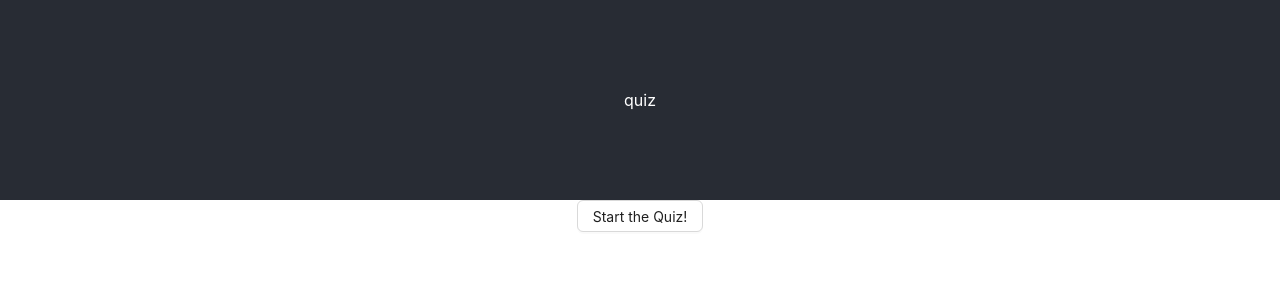
Repository: marcuscarlsson86/react-ts-quiz
Page: /
The author's editor kept a copy of each file at every save. The page is drawn from the files as they stood at one save, then again after the next save.
The browser window is 1280 px wide. The pictures show the whole page.
The project was rebuilt for these pictures with package versions that can differ from the ones it lists, and the page was loaded fresh each time.

Above is the page before, as saved 2020-12-18 09:45:12.

### public/index.html
<!DOCTYPE html>
<html lang="en">
  <head>
    <meta charset="utf-8" />
    <link rel="icon" href="%PUBLIC_URL%/favicon.ico" />
    <meta name="viewport" content="width=device-width, initial-scale=1" />
    <meta name="theme-color" content="#000000" />
    <meta
      name="description"
      content="Web site created using create-react-app"
    />
    <link rel="apple-touch-icon" href="%PUBLIC_URL%/logo192.png" />
    <!--
      manifest.json provides metadata used when your web app is installed on a
      user's mobile device or desktop. See https://developers.google.com/web/fundamentals/web-app-manifest/
    -->
    <link rel="manifest" href="%PUBLIC_URL%/manifest.json" />
    <!--
      Notice the use of %PUBLIC_URL% in the tags above.
      It will be replaced with the URL of the `public` folder during the build.
      Only files inside the `public` folder can be referenced from the HTML.

      Unlike "/favicon.ico" or "favicon.ico", "%PUBLIC_URL%/favicon.ico" will
      work correctly both with client-side routing and a non-root public URL.
      Learn how to configure a non-root public URL by running `npm run build`.
    -->
    <title>Friday fun</title>
  </head>
  <body>
    <noscript>You need to enable JavaScript to run this app.</noscript>
    <div id="root"></div>
    <!--
      This HTML file is a template.
      If you open it directly in the browser, you will see an empty page.

      You can add webfonts, meta tags, or analytics to this file.
      The build step will place the bundled scripts into the <body> tag.

      To begin the development, run `npm start` or `yarn start`.
      To create a production bundle, use `npm run build` or `yarn build`.
    -->
  </body>
</html>

### src/App.tsx
import React from "react";
import Header from "./components/Header";
import "./App.css";
import { Form, Row, Col, Input, Button } from "antd";

const App = () => {
  const quizStart = async () => {};

  const checkAnswer = (e: React.MouseEvent<HTMLButtonElement>) => {};

  const nextQuestion = () => {};

  return (
    <div className="App">
      <Header />
      <Row>
        <Col span={24}>
          <Button onClick={quizStart}> Start the Quiz!</Button>
        </Col>
      </Row>
    </div>
  );
};

export default App;

### src/components/Header.tsx
import React from "react";
import { Form, Row, Col, Input, Button } from "antd";
import "../../src/App.css";

const Header = () => {
  return (
    <div className="App">
      <header className="App-header">quiz</header>
    </div>
  );
};

export default Header;

### src/App.css
.App {
  text-align: center;
}

.App-header {
  background-color: #282c34;
  height: 200px;
  display: flex;
  flex-direction: column;
  align-items: center;
  justify-content: center;
  font-size: 16px;
  color: white;
}

.App-link {
  color: #61dafb;
}

Loaded but not shown: src/index.tsx (common file); src/index.css (common file)

After the next save:
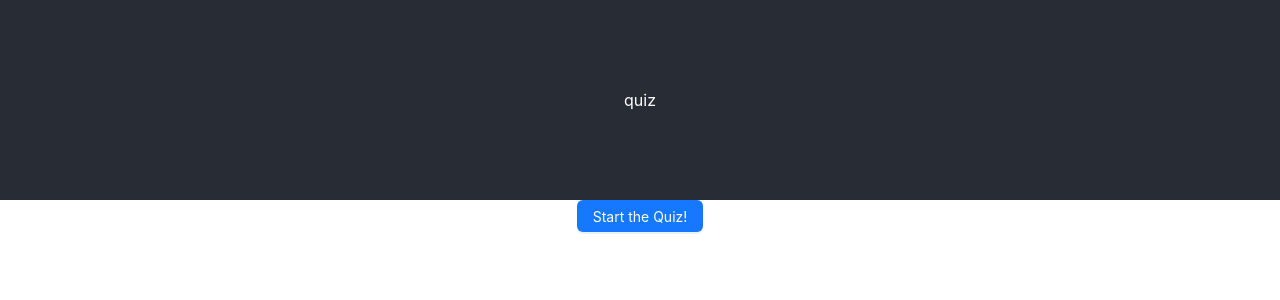
Saved 55 s later.
--- a/src/App.tsx
+++ b/src/App.tsx
@@ -15,7 +15,10 @@ const App = () => {
       <Header />
       <Row>
         <Col span={24}>
-          <Button onClick={quizStart}> Start the Quiz!</Button>
+          <Button onClick={quizStart} type="primary">
+            {" "}
+            Start the Quiz!
+          </Button>
         </Col>
       </Row>
     </div>
